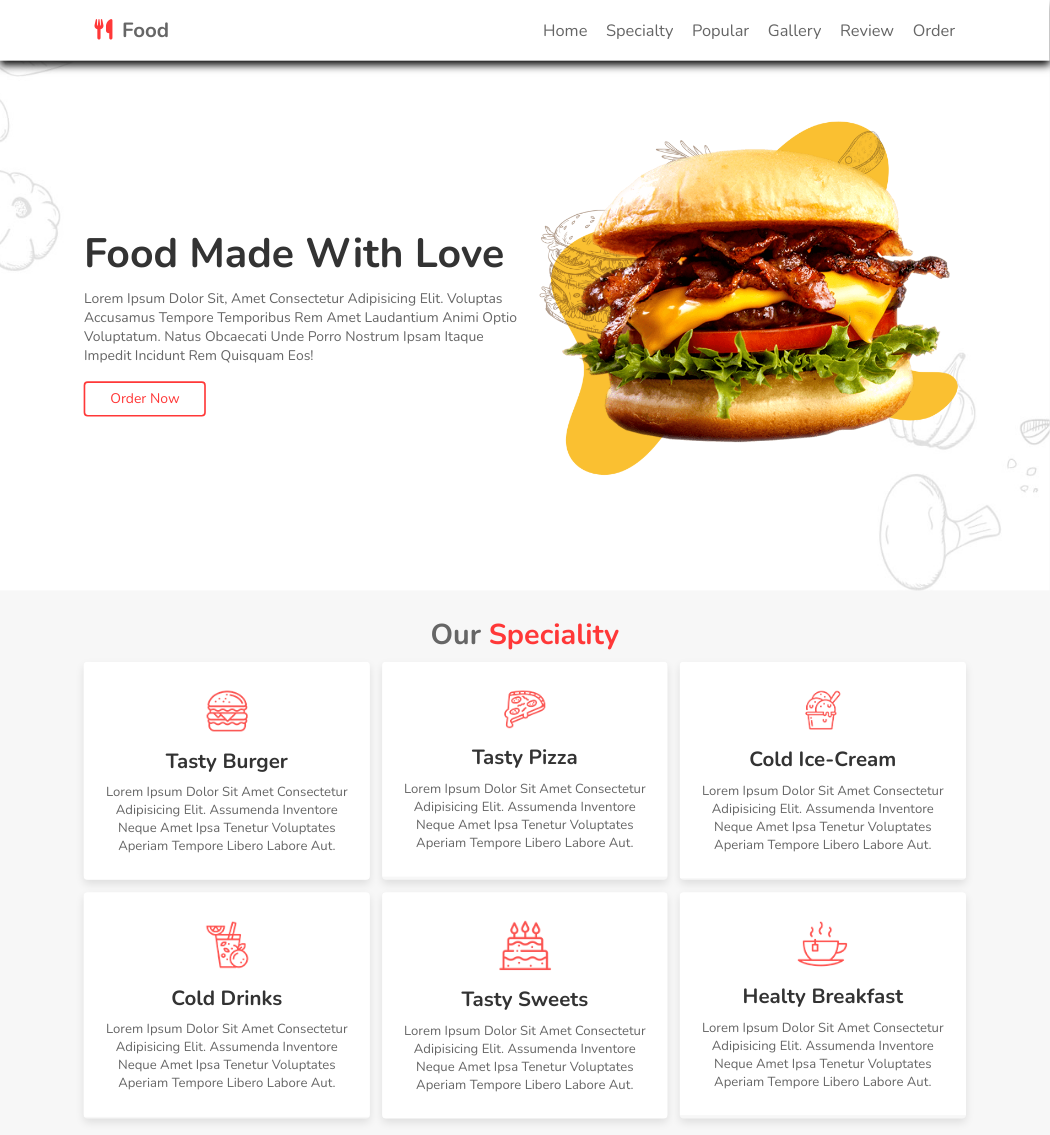
Repository: wenxi0504/ResturantApp-static-
Page: index.html
An editor plug-in stored every save of this project. The page is shown before and after the next save, followed by the edit.
The browser window is 1280 px wide. The pictures show the whole page, at 82% of full size.

Above is the page before, as saved 2022-01-10 00:00:54.
Console error: TypeError: Cannot read properties of null (reading 'classList')

### index.html
<!DOCTYPE html>
<html lang="en">
  <head>
    <meta charset="UTF-8" />
    <meta http-equiv="X-UA-Compatible" content="IE=edge" />
    <meta name="viewport" content="width=device-width, initial-scale=1.0" />
    <title>Maple Yip Seafood Restaurant</title>
    <!-- font awesome cnd link-->
    <link
      rel="stylesheet"
      href="https://cdnjs.cloudflare.com/ajax/libs/font-awesome/6.0.0-beta3/css/all.min.css"
    />
    <!--custom css link-->
    <link rel="stylesheet" href="./style.css" />
  </head>
  <body>
    <!--header section-->
    <header>
      <!-- current page-->
      <a href="#" class="logo"><i class="fas fa-utensils"></i> food </a>
      <div id="menu-bar" class="fas fa-bars"></div>
      <nav class="navbar">
        <a href="#home">Home</a>
        <a href="#speciality">Specialty</a>
        <a href="#popular">Popular</a>
        <a href="#gallery">gallery</a>
        <a href="#revire">Review</a>
        <a href="#order">Order</a>
      </nav>
    </header>
    <!-- header section ends-->
    <!--home section-->
    <section class="home" id="home">
      <div class="content">
        <h3>food made with love</h3>
        <p>
          Lorem ipsum dolor sit, amet consectetur adipisicing elit. Voluptas
          accusamus tempore temporibus rem amet laudantium animi optio
          voluptatum. Natus obcaecati unde porro nostrum ipsam itaque impedit
          incidunt rem quisquam eos!
        </p>
        <a href="#" class="btn">order now</a>
      </div>
      <div class="image">
        <img src="images/home-img.png" alt="home-img" />
      </div>
    </section>
    <!--home section ends-->

<!--Specialty section -->
<section class="speciality" id="speciality">
    <h1 class="heading">Our <span>Speciality</span></h1>
    <div class="box-container">
        <div class="box">
            <img class="image" src="images/s-img-1.jpg" alt="s-image">
            <div class="content">
                <img src="images/s-1.png" alt="s-1">
                <h3>tasty burger</h3>
                <p>Lorem ipsum dolor sit amet consectetur adipisicing elit. Assumenda inventore neque amet ipsa tenetur voluptates aperiam tempore libero labore aut.</p>
            </div>
        </div>
        <div class="box">
            <img class="image" src="images/s-img-2.jpg" alt="">
            <div class="content">
                <img src="images/s-2.png" alt="">
                <h3>tasty pizza</h3>
                <p>Lorem ipsum dolor sit amet consectetur adipisicing elit. Assumenda inventore neque amet ipsa tenetur voluptates aperiam tempore libero labore aut.</p>
            </div>
        </div>
        <div class="box">
            <img class="image" src="images/s-img-3.jpg" alt="">
            <div class="content">
                <img src="images/s-3.png" alt="">
                <h3>cold ice-cream</h3>
                <p>Lorem ipsum dolor sit amet consectetur adipisicing elit. Assumenda inventore neque amet ipsa tenetur voluptates aperiam tempore libero labore aut.</p>
            </div>
        </div>
        <div class="box">
            <img class="image" src="images/s-img-4.jpg" alt="">
            <div class="content">
                <img src="images/s-4.png" alt="">
                <h3>cold drinks</h3>
                <p>Lorem ipsum dolor sit amet consectetur adipisicing elit. Assumenda inventore neque amet ipsa tenetur voluptates aperiam tempore libero labore aut.</p>
            </div>
        </div>
        <div class="box">
            <img class="image" src="images/s-img-5.jpg" alt="">
            <div class="content">
                <img src="images/s-5.png" alt="">
                <h3>tasty sweets</h3>
                <p>Lorem ipsum dolor sit amet consectetur adipisicing elit. Assumenda inventore neque amet ipsa tenetur voluptates aperiam tempore libero labore aut.</p>
            </div>
        </div>
        <div class="box">
            <img class="image" src="images/s-img-6.jpg" alt="">
            <div class="content">
                <img src="images/s-6.png" alt="">
                <h3>healty breakfast</h3>
                <p>Lorem ipsum dolor sit amet consectetur adipisicing elit. Assumenda inventore neque amet ipsa tenetur voluptates aperiam tempore libero labore aut.</p>
            </div>
        </div>
    </div>
</section>
<!--Specialty section ends-->
    <!--custom js file link-->
    <script src="script.js"></script>
  </body>
</html>

### style.css
@import url('https://fonts.googleapis.com/css2?family=Nunito:wght@200;300;400;600;700&display=swap');

:root{
--red:#ff3838;
}
 /* match everything */
*{
    font-family: 'Nunito', sans-serif;
    margin:0;
    padding:0;
    box-sizing:border-box;
    outline:none;
    border:none;
    text-decoration: none;
    /* text 大小写 */
    text-transform: capitalize;
    transition: all .2s linear;
}

/* the part that the user choose to highlight */
*::selection{
    background:var(--red);
    color:#fff;
  }

html{
    font-size: 62.5%;
    overflow-x: hidden;
    scroll-behavior: smooth;
    scroll-padding-top:6rem;
}

body{
    background: #f7f7f7;
}

header{
    position:fixed;
    top:0;
    left:0;
    right: 0;
    z-index:1000;
    display: flex;
    align-items: center;
    justify-content: space-between;
    background:#fff;
    padding:2rem 9%;
    box-shadow: 0 .5rem 1rem rgba(0,0,0,1);

}

header .logo{
    font-size:2.5rem;
    font-weight: bolder;
    color:#666;
}

header .logo i{
    padding-right: .5rem;
    color:var(--red);
}

header .navbar a{
    font-size: 2rem;
    margin-left: 2rem;
    color:#666;
  }

header .navbar a:hover{

    color:var(--red);
}

#menu-bar{

    font-size:3rem;
    cursor:pointer;
    color:#666;
    border:.1rem solid #666;
    border-radius: .3rem;
    padding:.5rem 1.5rem;
    display: none;
}
/* section part  */
section{
  padding: 2rem 8%;
}

.home{
  display:flex;
  flex-wrap: wrap;
  gap:1.5rem;
  min-height:100vh;
  align-items:center;
  background:url(./images/home-bg.jpg) no-repeat;
  background-size:cover;
  background-position: center;
}

.home .content{
  flex: 1 1 40rem;
  padding-top: 6.5rem;
}

.home .image{
  flex: 1 1 40rem;
}

/* image floating upside-down */
.home .image img{
  width:100%;
  padding:1rem;
  animation:float 3s linear infinite;
}

@keyframes float{
  0%, 100%{
    transform:translateY(0rem);
  }
  50%{
    transform:translateY(3rem);
  }
}

.home .content h3{
font-size: 5rem;
color:#333;
}

.home .content p{
  font-size: 1.7rem;
  color:#666;
  padding:1rem 0;
}

/* order button */
.btn{
  display: inline-block;
  padding:.8rem 3rem;
  border:.2rem solid var(--red);
  color:var(--red);
  cursor: pointer;
  font-size:1.7rem;
  border-radius:.5rem;
  position: relative;
  overflow: hidden;
  z-index: 0;
  margin-top: 1rem;
}

.btn::before{
  content: '';
  position: absolute;
  top:0; right: 0;
  width:0%;
  height:100%;
  background:var(--red);
  transition: .3s linear;
  z-index: -1;
}

.btn:hover::before{
  width:100%;
  left:0;
}

.btn:hover{
  color:#fff;
}

/* Speciality */
/* Our Speciality */
.heading{
  text-align:center;
  font-size:3.5rem;
  padding:1rem;
  color:#666
}

.heading span{
  color:var(--red);
}

/* top layout */
.speciality .box-container{
  display: flex;
  /* Make flexbox elements break when necessary */
  flex-wrap: wrap;
  gap:1.5rem;
}

.speciality .box-container .box{
  flex:1 1 30rem;
  position: relative;
  overflow: hidden;
  box-shadow: 0 .5rem 1rem rgba(0,0,0,.1);
  cursor: pointer;
  border-radius:.5rem;

}

.speciality .box-container .box .image{
  height: 100%;
  width: 100%;
  object-fit: cover;
  position: absolute;
  top:-100%;
  left:0;
}

.speciality .box-container .box .content{
  text-align: center;
  background:#fff;
  padding:2rem;
}

.speciality .box-container .box .content img{
  margin:1.5rem 0;
}

.speciality .box-container .box .content h3{
  font-size: 2.5rem;
  color:#333;
}

.speciality .box-container .box .content p{
  font-size: 1.6rem;
  color:#666;
  padding:1rem 0;
}

.speciality .box-container .box:hover .image{
  top:0;
}

.speciality .box-container .box:hover .content{
  transform: translateY(100%);
}





/* media queries for different devices */


@media(max-width:991px){

    html{
      font-size: 55%;
    }

    header{
      padding:2rem;
    }

    section{
      padding:2rem;
    }

  }

  @media(max-width:768px){

    #menu-bar{
      display: initial;
    }

    header .navbar{
      position: absolute;
      top:100%; left: 0; right:0;
      background: #f7f7f7;
      border-top: .1rem solid rgba(0,0,0,.1);
      clip-path: polygon(0 0, 100% 0, 100% 0%, 0 0);
    }

    header .navbar.active{
      clip-path: polygon(0 0, 100% 0, 100% 100%, 0% 100%);
    }

    header .navbar a{
      margin: 1.5rem;
      padding:1.5rem;
      display: block;
      border:.2rem solid rgba(0,0,0,.1);
      border-left:.5rem solid var(--red);
      background:#fff;

    }

  }


  @media(max-width:450px){

    html{
      font-size: 50%;
    }

    .order .row form .inputBox input{
      width:100%;}
    }

### script.js
let menu= document.querySelector('#menu-bar');
let navbar=document.querySelector('.navbar');

menu.onclick=()=>{
    // 'fa-time' is "X" icon
    menu.classList.toggle('fa-times');
    navbar.classList.toggle('active');
}

window.onscroll= () =>{
    menu.classList.remove('fa-times');
    navbar.classList.remove('active');

    if(window.scrollY>60)
    {
        document.querySelector('#scroll-top').classList.add('active');
    }
    else
    {   document.querySelector('#scroll-top').classList.remove('active');

    }
}

After the next save:
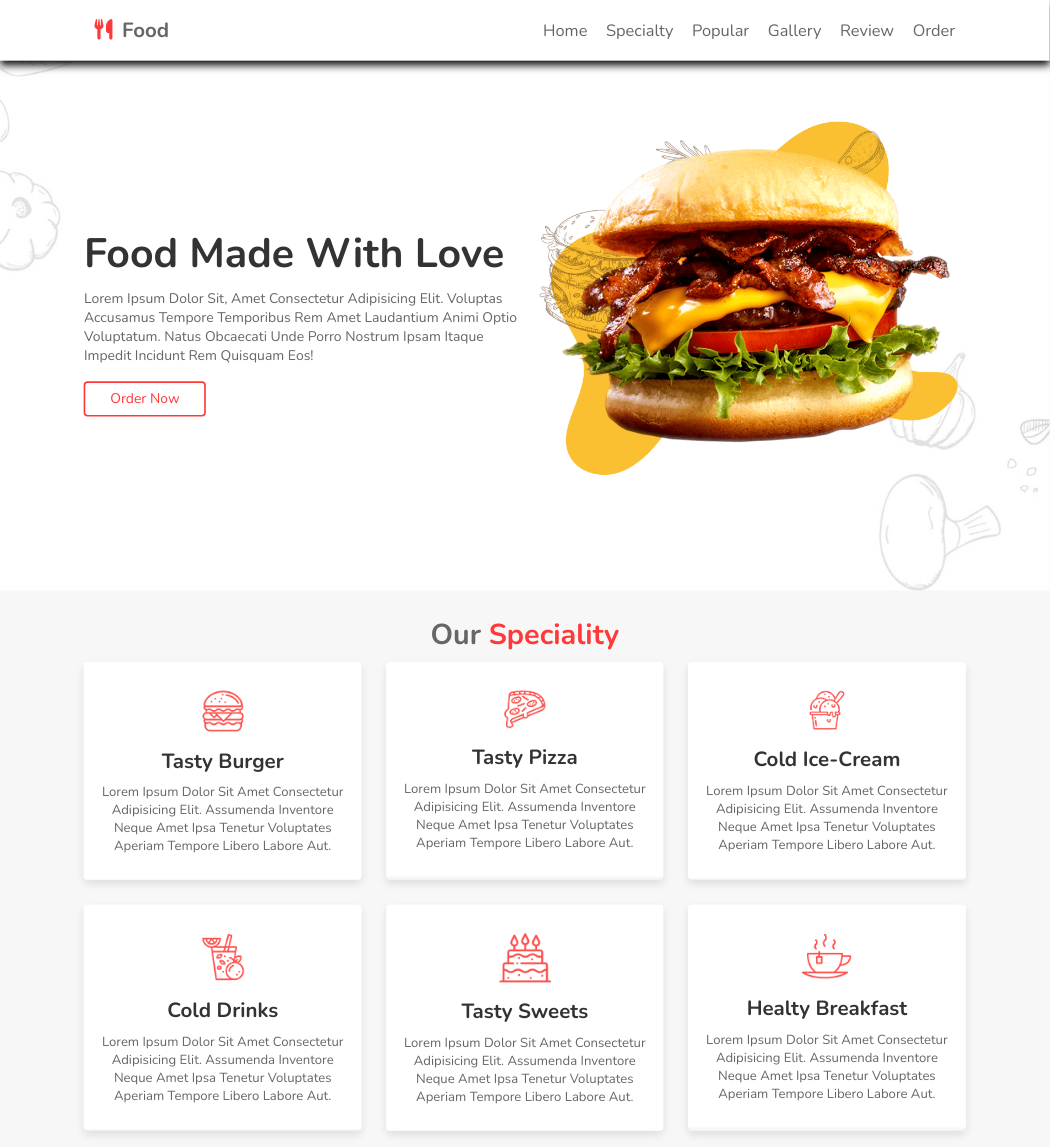
Saved 47 s later.
--- a/style.css
+++ b/style.css
@@ -186,7 +186,7 @@
   display: flex;
   /* Make flexbox elements break when necessary */
   flex-wrap: wrap;
-  gap:1.5rem;
+  gap:3rem;
 }
 
 .speciality .box-container .box{

After the save that followed:
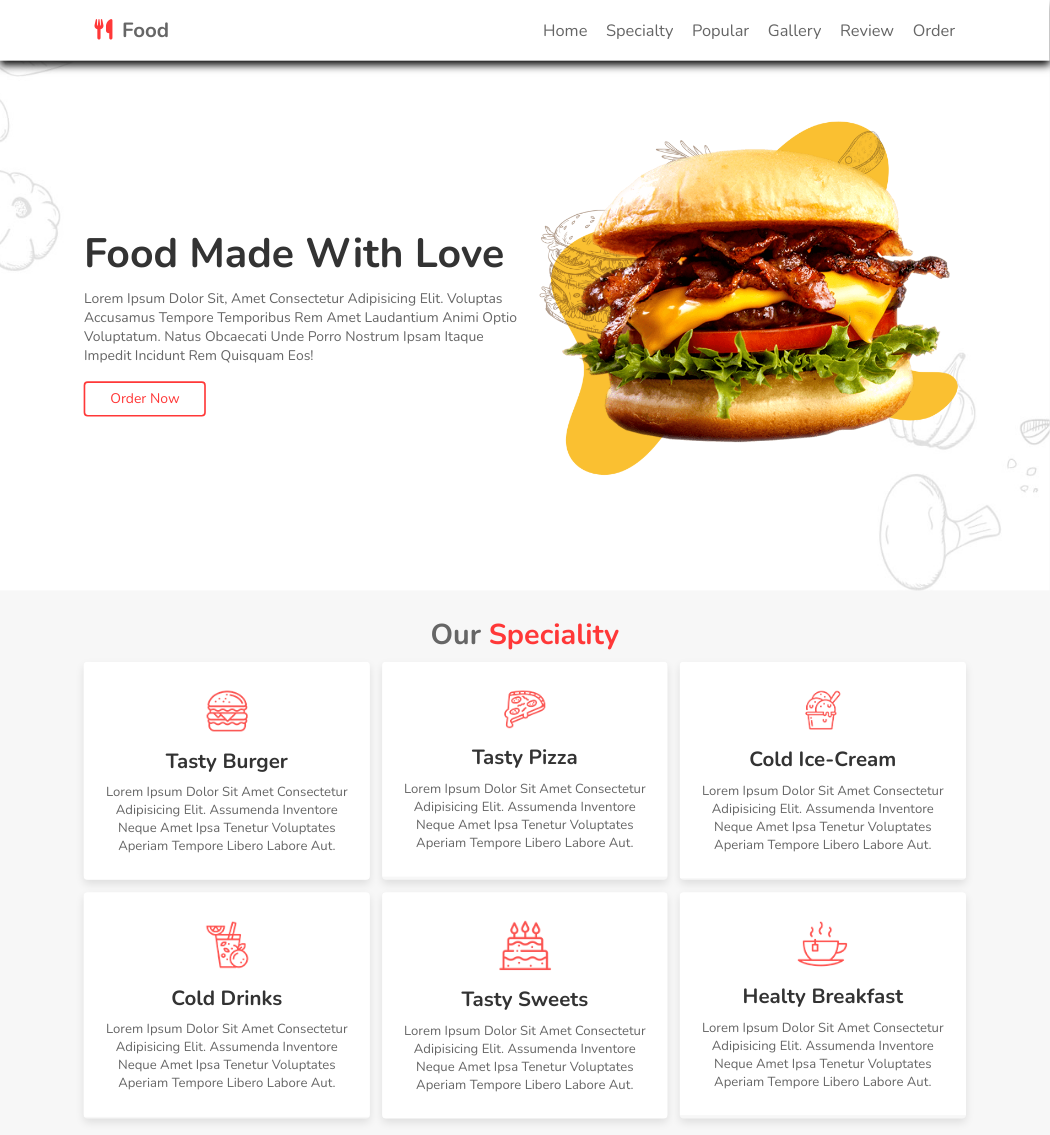
Saved 13 s later.
--- a/style.css
+++ b/style.css
@@ -186,7 +186,7 @@
   display: flex;
   /* Make flexbox elements break when necessary */
   flex-wrap: wrap;
-  gap:3rem;
+  gap:1.5rem;
 }
 
 .speciality .box-container .box{
